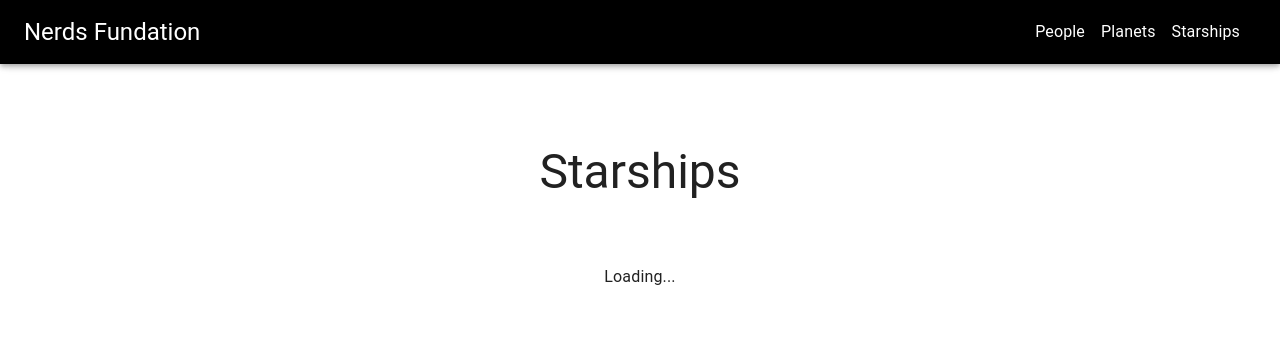
Repository: marianozamora/lisit-challenge
Page: /planets
An editor plug-in stored every save of this project. The page is shown before and after the next save, followed by the edit.
The browser window is 1280 px wide. The pictures show the whole page.
The page's requests for data from a server got no answer. The project was rebuilt for these pictures with package versions that can differ from the ones it lists, and the page was loaded fresh each time. Some packages were replaced by stand-ins written for this rebuild. No one was signed in, and anything a server would have sent is missing. Also part of the build but not shown: vite.config.ts, src/components/Pagination.tsx, src/components/Card.tsx, src/App.tsx, src/components/Starship.tsx, src/components/DetailPeople.tsx, src/components/DetailStarship.tsx, src/components/ErrorPage.tsx.

Above is the page before, as saved 2023-05-11 05:24:14.

### src/main.tsx
import React from 'react'
import ReactDOM from 'react-dom/client'
import App from './App.tsx'
import './index.css'
import { QueryClientProvider } from '@tanstack/react-query';
import queryClient from './queryClient';
import { ReactQueryDevtools } from '@tanstack/react-query-devtools';
import { Route, createBrowserRouter, createRoutesFromElements, RouterProvider } from 'react-router-dom';
import Header from './components/Header';
import People from './components/People';
import Planets from './components/Planets';
import Starships from './components/Starship';
import DetailPeople from './components/DetailPeople';
// import DetailPlanet from './components/DetailPlanet';
import DetailStarship from './components/DetailStarship';
import ErrorPage from './components/ErrorPage.tsx';
import { Layout } from './components/Layout';
import { redirect } from 'react-router-dom';

const router = createBrowserRouter(
  createRoutesFromElements(
    <Route path="/"
      errorElement={<ErrorPage />}
      element={<Layout />} >
      <Route index  element={<App />} />
      <Route path="planets" element={<Planets />} />
      <Route path="starships" element={<Starships />} />
      <Route path="people/:peopleId" element={<DetailPeople />} />
      {/* <Route path="planet/:planetId" element={<DetailPlanet />} /> */}
      <Route path="starships/:starshipId" element={<DetailStarship />} />
      {/* <RedirectM from="/people" to="/" /> */}
    </Route>
  )
)

ReactDOM.createRoot(document.getElementById('root') as HTMLElement).render(
  <React.StrictMode>
    <QueryClientProvider client={queryClient}>
      <RouterProvider router={router} />
      <ReactQueryDevtools initialIsOpen></ReactQueryDevtools>
    </QueryClientProvider>
  </React.StrictMode>,
)

### src/index.css
@tailwind base;
@tailwind components;
@tailwind utilities;
/*
:root {
  font-family: Inter, system-ui, Avenir, Helvetica, Arial, sans-serif;
  line-height: 1.5;
  font-weight: 400;

  color-scheme: light dark;
  color: rgba(255, 255, 255, 0.87);
  background-color: #242424;

  font-synthesis: none;
  text-rendering: optimizeLegibility;
  -webkit-font-smoothing: antialiased;
  -moz-osx-font-smoothing: grayscale;
  -webkit-text-size-adjust: 100%;
}

a {
  font-weight: 500;
  color: #646cff;
  text-decoration: inherit;
}
a:hover {
  color: #535bf2;
}

body {
  margin: 0;
  display: flex;
  place-items: center;
  min-width: 320px;
  min-height: 100vh;
}

h1 {
  font-size: 3.2em;
  line-height: 1.1;
}

button {
  border-radius: 8px;
  border: 1px solid transparent;
  padding: 0.6em 1.2em;
  font-size: 1em;
  font-weight: 500;
  font-family: inherit;
  background-color: #1a1a1a;
  cursor: pointer;
  transition: border-color 0.25s;
}
button:hover {
  border-color: #646cff;
}
button:focus,
button:focus-visible {
  outline: 4px auto -webkit-focus-ring-color;
}

@media (prefers-color-scheme: light) {
  :root {
    color: #213547;
    background-color: #ffffff;
  }
  a:hover {
    color: #747bff;
  }
  button {
    background-color: #f9f9f9;
  }
} */

### src/queryClient.ts
import { QueryClient } from '@tanstack/react-query';

const queryClient = new QueryClient();

export default queryClient;

### src/components/Planets.tsx
import ListHOC from "../ListHOC"

export default function People() {
    return (
        <div>
            <ListHOC
                //url='https://swapi.dev/api/starships/'
                title='Starships'
                type='starships'
            />
        </div>
    )
}

### src/components/Layout.tsx
import { Outlet } from 'react-router-dom';
import Header from './Header';
// import Container from '../04-layouts/Container';

export const Layout = ({ children }: any) => {
    return (
        <div>
        <Header />
        <div>
                <Outlet />
                {children}
        </div>
        {/* <Footer /> */}
        </div>
    )
}

### src/hooks/useSwapi.ts
import api from '../api/swapi';
import { useQuery } from '@tanstack/react-query';

interface Params {
    page?: number;
    query?: string;
    type?: string;
}

//
export async function generateRequest({type, page, query}: any) {
    const { data } = await api.get(`${type}/?page=${page}&&search=${query}`);
    return data;
}

export function useGenerateRequest({ type = 'people', page = 1, query = '' }: any) {
    return useQuery({
        queryKey: [type, { page, query }],
        queryFn: () => generateRequest({ type, page, query }),
    })
}

// export async function generateRequestById({ type, id }: any) {
//     const { data } = await api.get(`${type}/${id}`);
//     return data;
// }

// export function useGenerateRequestById({ type = 'people', id = 1 }: any) {
//     return useQuery({
//         queryKey: [type, id],
//         queryFn: () => generateRequestById({ type, id }),
//     })
// }

// People
export async function fetchPeople({page, query}: Params ) {
    const { data } = await api.get(`people/?page=${page}&&search=${query}`);
    return data;
}

export function useFetchPeople({ page = 1, query = '' }: Params) {
    return useQuery({
        queryKey: ['people', { page, query }],
        queryFn: () => fetchPeople({ page, query }),
    })

}

export async function fetchPerson(id:any) {
    const { data } = await api.get(`people/${id}`);
    return data;
}

export function useFetchPerson(id:any) {
    return useQuery({
        queryKey: ['person', id],
        queryFn: () => fetchPerson(id),
    })
}
//Planets

// export async function fetchPlanets({page, query}: Params ) {
//     const { data } = await api.get(`planet/?page=${page}&&search=${query}`);
//     return data;
// }

// export function useFetchPlanets({ page = 1, query = '' }: Params) {
//     return useQuery({
//         queryKey: ['planets', { page, query }],
//         queryFn: () => fetchPlanets({ page, query }),
//     })

// }

// export async function fetchPlanet(id:any) {
//     const { data } = await api.get(`planet/${id}`);
//     return data;
// }

// export function useFetchPlanet(id:any) {
//     return useQuery({
//         queryKey: ['planet', id],
//         queryFn: () => fetchPlanet(id),
//     })
// }

### src/ListHOC.tsx
import React from 'react';
import { useFetchPeople, useGenerateRequest } from './hooks/useSwapi';
import './App.css';
// import { People } from './hooks/types';
import Pagination from '../src/components/Pagination';
import { Box, Typography } from '@mui/material';
import Card from './components/Card';
import InputSearch from './components/InputSearch';

interface Props {
    window?: () => Window;
}

interface People {
    count: number;
    next: string;
    previous: string;
    results: People[];
}

interface PeopleProps {
    data?: People;
    isLoading?: boolean;
    isError?: boolean;
    currentPage?: number;
    setCurrentPage?: React.Dispatch<React.SetStateAction<number>>;
    query?: string;
    setQuery?: React.Dispatch<React.SetStateAction<string>>;
    title?: string;
    type?: string;
}

interface WrappedComponentProps {
    data: People;
    isLoading: boolean;
    isError: boolean;
    currentPage: number;
    setCurrentPage: React.Dispatch<React.SetStateAction<number>>;
    query: string;
    setQuery: React.Dispatch<React.SetStateAction<string>>;
}

// Higher-Order Component for fetching people data
const withFetchPeople = (WrappedComponent: any) => {
    return (props: PeopleProps) => {
        const [currentPage, setCurrentPage] = React.useState(1);
        const [query, setQuery] = React.useState('');
        const [type, setType] = React.useState('');


        const { data, isLoading, isError } = useGenerateRequest({
            type:'planets',
            page: currentPage,
            query
        });

        return (
        <WrappedComponent
            {...props}
            data={data}
            isLoading={isLoading}
            isError={isError}
            currentPage={currentPage}
            setCurrentPage={setCurrentPage}
            query={query}
            setQuery={setQuery}
        />
        );
    };
};

// Modified App component with HOC
const App = ({
    data,
    isLoading,
    isError,
    currentPage,
    setCurrentPage,
    query,
    type,
    title,
    setQuery,
}: any) => {

    return (
        <>
        <Box sx={{ display: 'flex', justifyContent: 'center', alignItems: 'center' }}>
            <Typography variant="h3" component="div" gutterBottom>
            {title}
            </Typography>
        </Box>
        {/* <div>
            <InputSearch onChange={(value) => setQuery(value)} />
        </div> */}
        <Box>
            <div className='grid mx-auto gap-4 p-6 grid-cols-1 md:grid-cols-3'>
            {data?.results && data?.results.length && data?.results.map((person: People, index: number) => (
                <Card data={person} key={index} />
            ))}
            </div>
            {isLoading && <div>Loading...</div>}
            {isError && <div>Error...</div>}
            {data && data.count === 0 && <div>No results found</div>}

            {data && data.count > 0 && (
            <Pagination
                onPageChange={(event: any, value: React.SetStateAction<number>) => {
                    setCurrentPage(value);
                }}
                count={data?.count}
                elementsPerPage={10}
                currentPage={currentPage}
            />
            )}
        </Box>
        </>
    );
};

export default withFetchPeople(App);

### src/components/Header.tsx
import * as React from 'react';
import { AppBar, Toolbar, IconButton, Typography, Box, CssBaseline} from '@mui/material';
import { Drawer, List, ListItem, ListItemButton, ListItemText, Divider, Button } from '@mui/material';
import MenuIcon from '@mui/icons-material/Menu';
import { Link } from 'react-router-dom';
import { useNavigate } from "react-router-dom";

interface Props {
    /**
     * Injected by the documentation to work in an iframe.
     * You won't need it on your project.
     */
    window?: () => Window;
}


const drawerWidth = 240;
const navItems = ['People', 'Planets', 'Starships'];

export default function Header(props: Props) {
    const navigate = useNavigate();
    const { window } = props;
    const [mobileOpen, setMobileOpen] = React.useState(false);

    const handleDrawerToggle = () => {
        setMobileOpen((prevState) => !prevState);
    };

    const generateLink = (item: string) => {
        const lowered = item.toLowerCase();
        if (lowered === 'people')
            return '/';
        return `/${lowered}`;
    };

    const drawer = (
        <Box onClick={handleDrawerToggle} sx={{ textAlign: 'center' }}>
        <Link to="/">
        <Typography variant="h6" sx={{ my: 2 }}>
        Nerds Fundation
        </Typography>
        </Link>
        <Divider />
        <List>
                {navItems.map((item) => (
                        <ListItem key={item}  disablePadding>
                            <ListItemButton
                                onClick={
                                () => {
                                        return generateLink(item)
                                    }
                                }
                                sx={{ textAlign: 'center' }}>
                        <ListItemText primary={item} />
                        </ListItemButton>
                        </ListItem>
            ))}
        </List>
        </Box>
    );

    const container = window !== undefined ? () => window().document.body : undefined;

    return (
            <Box sx={{ display: 'flex' }}>
            <CssBaseline />
            <AppBar component="nav">
            <Toolbar className="bg-black flex justify-between">
                <IconButton
                color="inherit"
                aria-label="open drawer"
                edge="start"
                onClick={handleDrawerToggle}
                sx={{ mr: 2, display: { sm: 'none' } }}
                >
                <MenuIcon />
                    </IconButton>
                    <Link to="/">
                <Typography
                variant="h5"
                component="div"
                className="text-white "
                sx={{ display: { xs: 'none', sm: 'block' } }}
                >
                Nerds Fundation
                        </Typography>
                    </Link>
                <Box sx={{ display: { xs: 'none', sm: 'block' } }}>
                {navItems.map((item) => (
                    <Link to={generateLink(item)} className="text-white mr-4" key={item}>
                    {item}
                    </Link>
                ))}
                </Box>
            </Toolbar>
            </AppBar>
            <Box component="nav">
                <Drawer
                container={container}
                variant="temporary"
                open={mobileOpen}
                onClose={handleDrawerToggle}
                ModalProps={{
                keepMounted: true, // Better open performance on mobile.
                }}
                sx={{
                display: { xs: 'block', sm: 'none' },
                '& .MuiDrawer-paper': { boxSizing: 'border-box', width: drawerWidth },
                }}
            >
                {drawer}
            </Drawer>
            </Box>
            <Box component="main" sx={{ p: 3 }}>
            <Toolbar />
            </Box>
        </Box>
    )
}

### src/api/swapi.ts
import axios from 'axios';

const api = axios.create({
    baseURL: 'https://swapi.dev/api/',
});

export default api;

### src/components/InputSearch.tsx
import { Button, Input } from '@mui/material';
import { useState } from 'react';

interface Props {
    onChange?: (searchTerm : string) => void;
    onSubmit?: (event: React.FormEvent<HTMLFormElement>) => void;
    searchTerm?: string;
    isLoading?: boolean;
    searchResults?: any[];
    handleChange?: (event: React.ChangeEvent<HTMLInputElement | HTMLTextAreaElement>) => void;
    handleSubmit?: (event: Event) => void;
}

interface Event {
    target: HTMLInputElement;
    preventDefault: () => void;
    onChange: (event: React.ChangeEvent<HTMLInputElement>) => void;
}

// const PartialProps = Partial<Props>;

export default function InputSearch({
    onChange,
}:Props) {
    const [searchTerm, setSearchTerm] = useState('');
    const [isLoading, setIsLoading] = useState(false);

    const handleChange = (event: any) => {
        setSearchTerm(event.target.value);
    };

    const handleSubmit = async (event:any) => {
        event.preventDefault();
        setIsLoading(true);
        if (onChange) {
            onChange(searchTerm);
        }
        setIsLoading(false);
    };
    return (
        <div>
            <Input
                type="text"
                value={searchTerm}
                onChange={(event)=>handleChange(event)}
                color='primary'
                style={{ width: '50%' }}
                size='small'
                className='mr-4'
                placeholder="Search" />
            <Button
                variant="contained"
                color="primary"
                onClick={(e)=>handleSubmit(e)}
            >Buscar</Button>
        </div>
    )
}

Loaded but not shown: index.html (common file); src/App.css (common file); tailwind.config.js (common file)

After the next save:
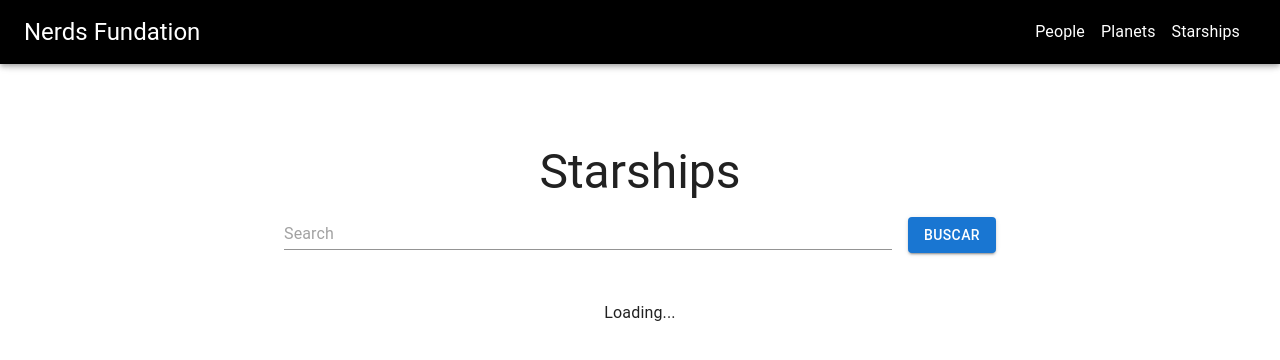
Saved 19 s later.
--- a/src/ListHOC.tsx
+++ b/src/ListHOC.tsx
@@ -89,9 +89,9 @@ const App = ({
             {title}
             </Typography>
         </Box>
-        {/* <div>
+        <div>
             <InputSearch onChange={(value) => setQuery(value)} />
-        </div> */}
+        </div>
         <Box>
             <div className='grid mx-auto gap-4 p-6 grid-cols-1 md:grid-cols-3'>
             {data?.results && data?.results.length && data?.results.map((person: People, index: number) => (
